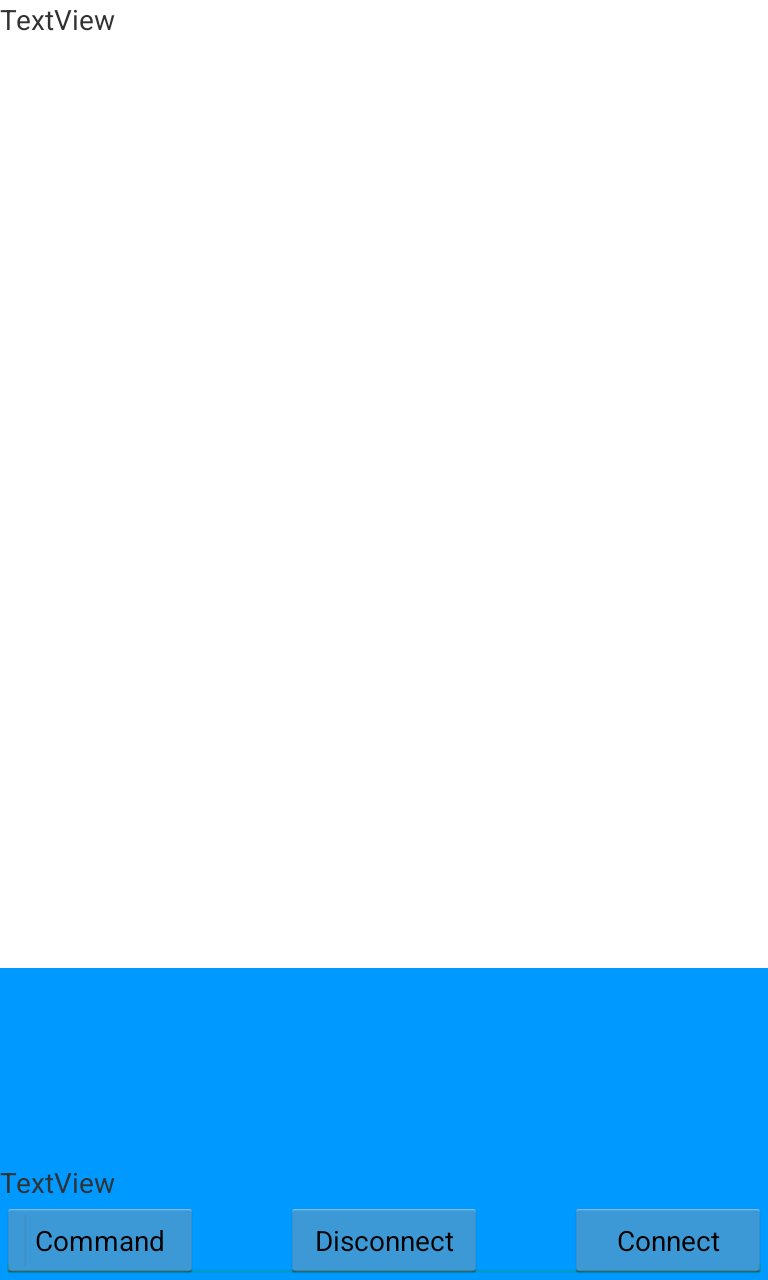
Repository: Clonedpirate/BtSshPwnPI
Layout: HackDroid/res/layout/terminal.xml
These files come from the project's save history. The layout is drawn as it stood at one moment and after the next save; the edit follows.
It is drawn on a 768 x 1280 px phone screen (xhdpi) without system bars, with theme AppTheme; the app's code is not run.

Above is the layout before, as saved 2014-06-19 16:31:57.

After the next save:
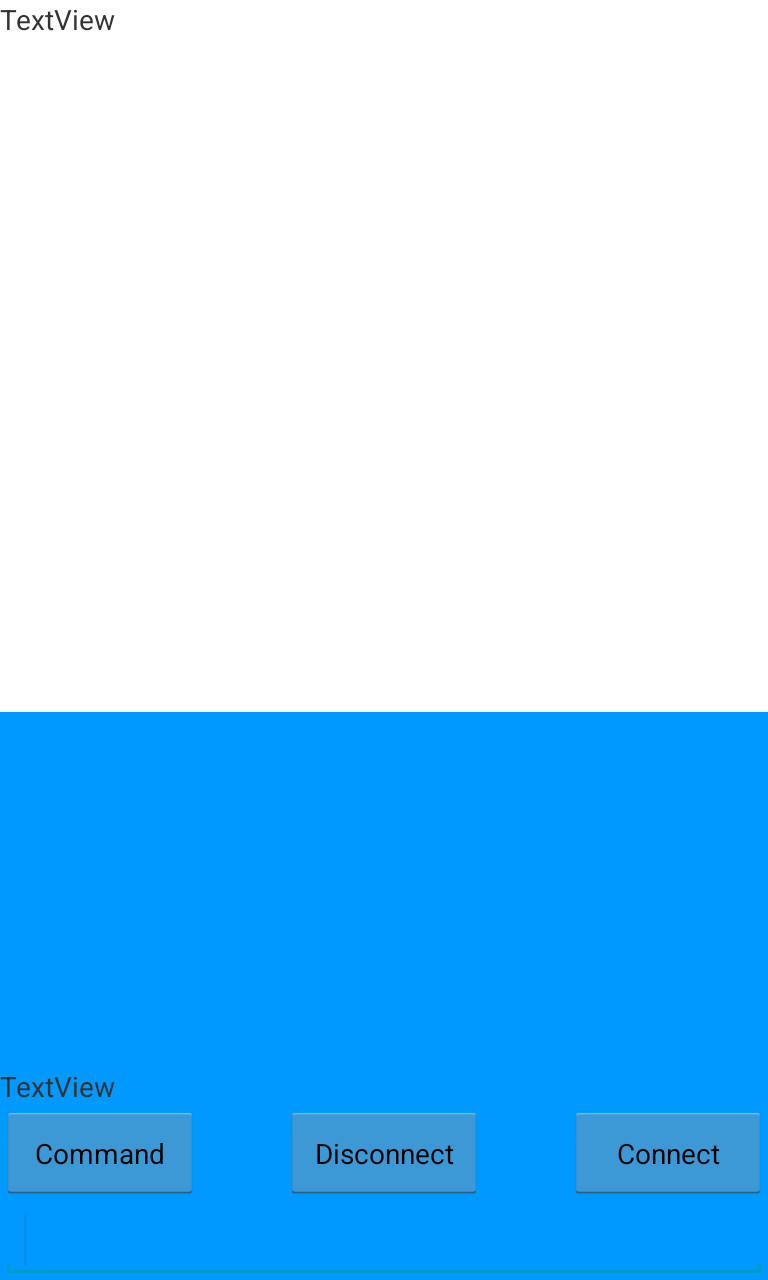
Saved 2 min 14 s later.
--- a/HackDroid/res/layout/terminal.xml
+++ b/HackDroid/res/layout/terminal.xml
@@ -21,7 +21,7 @@
             <TextView
                 android:id="@+id/terminal"
                 android:layout_width="match_parent"
-                android:layout_height="484dp"
+                android:layout_height="356dp"
                 android:layout_alignParentLeft="true"
                 android:layout_alignParentTop="true"
                 android:background="@color/white"
@@ -46,34 +46,36 @@
         style="?android:attr/buttonStyleSmall"
         android:layout_width="100dp"
         android:layout_height="wrap_content"
+        android:layout_above="@+id/editText1"
         android:layout_alignParentRight="true"
-        android:layout_below="@+id/IPtext"
         android:text="Connect" />
+
+    <TextView
+        android:id="@+id/IPtext"
+        android:layout_width="wrap_content"
+        android:layout_height="wrap_content"
+        android:layout_above="@+id/button3"
+        android:layout_alignParentLeft="true"
+        android:text="TextView" />
+
+    <Button
+        android:id="@+id/button3"
+        style="?android:attr/buttonStyleSmall"
+        android:layout_width="100dp"
+        android:layout_height="wrap_content"
+        android:layout_alignBaseline="@+id/button2"
+        android:layout_alignBottom="@+id/button2"
+        android:layout_alignParentLeft="true"
+        android:text="Command" />
 
     <Button
         android:id="@+id/button2"
         style="?android:attr/buttonStyleSmall"
         android:layout_width="100dp"
         android:layout_height="wrap_content"
-        android:layout_below="@+id/IPtext"
+        android:layout_alignBaseline="@+id/button1"
+        android:layout_alignBottom="@+id/button1"
         android:layout_centerHorizontal="true"
         android:text="Disconnect" />
 
-    <Button
-        android:id="@+id/button3"
-        style="?android:attr/buttonStyleSmall"
-        android:layout_width="100dp"
-        android:layout_height="wrap_content"
-        android:layout_alignParentLeft="true"
-        android:layout_below="@+id/IPtext"
-        android:text="Command" />
-
-    <TextView
-        android:id="@+id/IPtext"
-        android:layout_width="wrap_content"
-        android:layout_height="wrap_content"
-        android:layout_above="@+id/editText1"
-        android:layout_alignParentLeft="true"
-        android:text="TextView" />
-
 </RelativeLayout>
